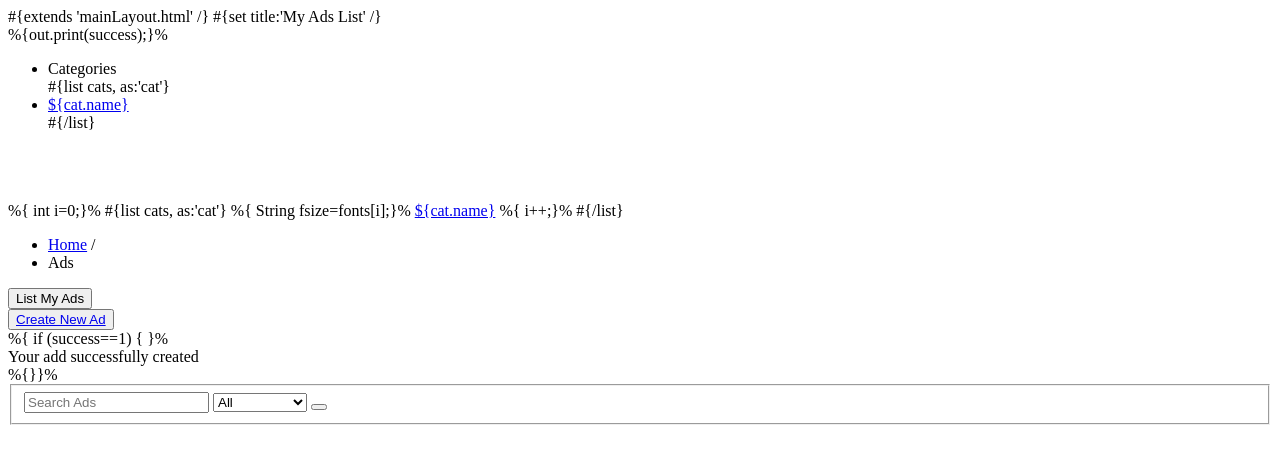
Repository: Maalejm/SEBA
Page: SlifeWebSite/app/views/Ads/index.html
These files come from the project's save history. The page is drawn as it stood at one moment and after the next save; the edit follows.
The browser window is 1280 px wide. The pictures show the whole page.

Above is the page before, as saved 2013-06-18 10:48:58.
Console error: SyntaxError: Invalid or unexpected token

After the next save:
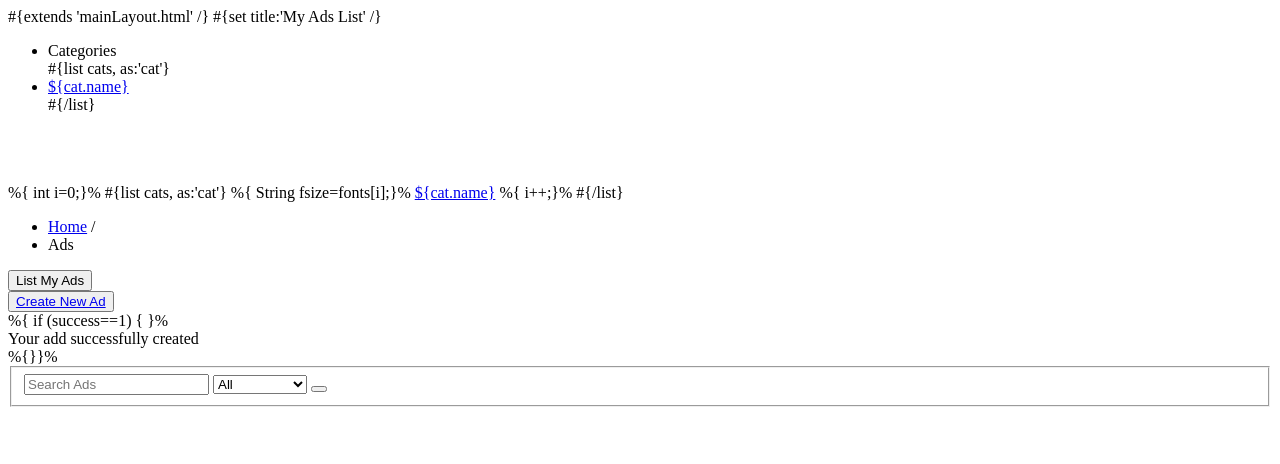
Saved 9 s later.
--- a/SlifeWebSite/app/views/Ads/index.html
+++ b/SlifeWebSite/app/views/Ads/index.html
@@ -5,7 +5,7 @@
 
 
 <div class="container-fluid">
-%{out.print(success);}%
+
             <div class="row-fluid">
                 <div class="span2">
 
